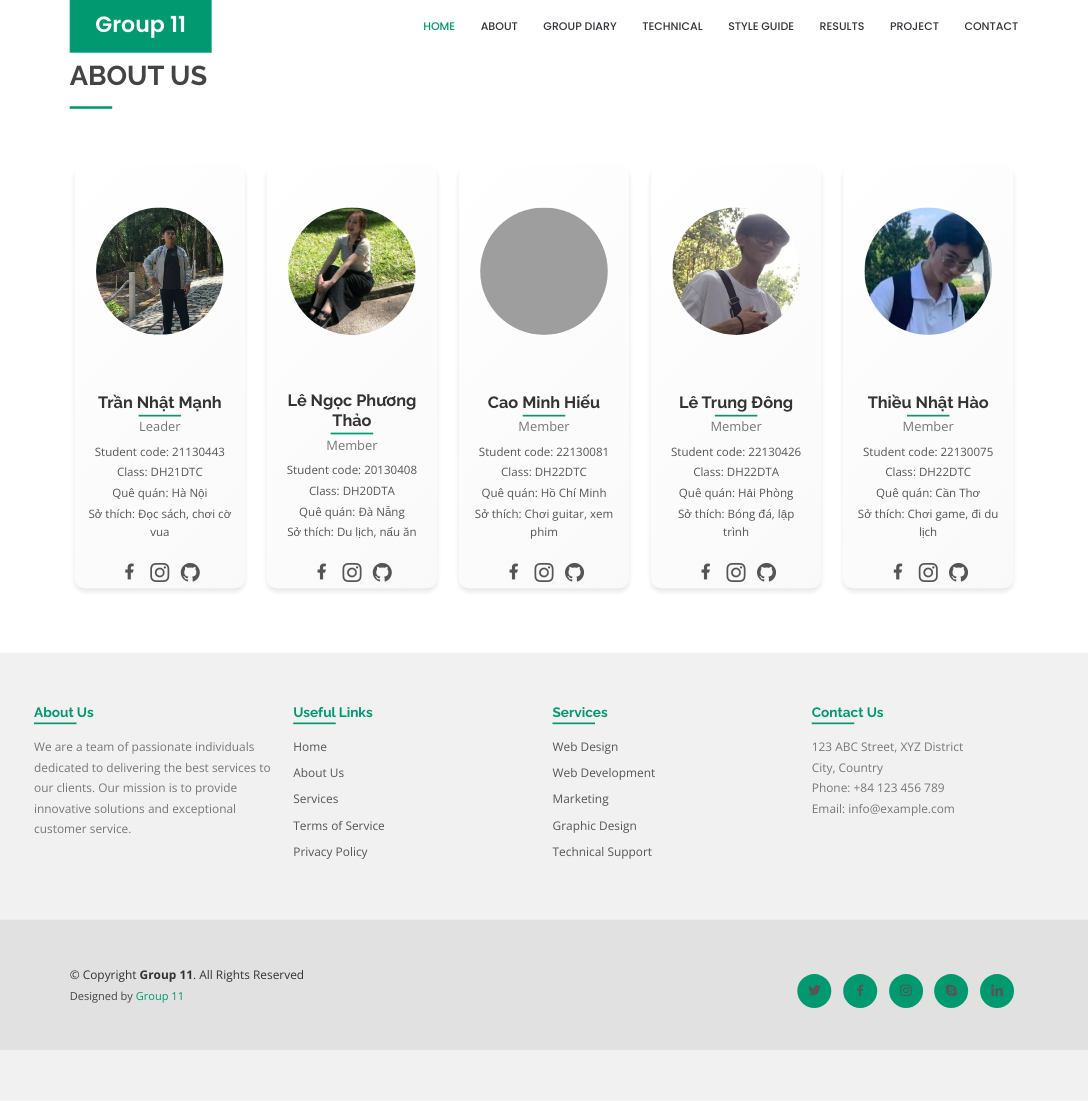
Repository: HoangKhangKhuPho4/Group_Web
Page: about.html
The author's editor kept a copy of each file at every save. The page is drawn from the files as they stood at one save, then again after the next save.
The browser window is 1280 px wide. The pictures show the whole page, at 85% of full size.
Pictures or frames that could not be fetched are drawn as grey boxes.

Above is the page before, as saved 2024-10-19 22:42:17.

### about.html
<!DOCTYPE html>
<html lang="en">

<head>
    <!-- Phần head -->
    <meta charset="utf-8">
    <meta content="width=device-width, initial-scale=1.0" name="viewport">

    <title>Group 11</title>
    <meta content="" name="description">
    <meta content="" name="keywords">

    <!-- Favicons -->
    <link href="assets/img/favicon.png" rel="icon">
    <link href="assets/img/apple-touch-icon.png" rel="apple-touch-icon">

    <!-- Google Fonts -->
    <link
        href="https://fonts.googleapis.com/css?family=Open+Sans:300,300i,400,400i,600,600i,700,700i|Raleway:300,300i,400,400i,500,500i,600,600i,700,700i|Poppins:300,300i,400,400i,500,500i,600,600i"
        rel="stylesheet">

    <!-- Vendor CSS Files -->
    <link href="assets/vendor/aos/aos.css" rel="stylesheet">
    <link href="assets/vendor/bootstrap/css/bootstrap.min.css" rel="stylesheet">
    <link href="assets/vendor/bootstrap-icons/bootstrap-icons.css" rel="stylesheet">
    <link href="assets/vendor/boxicons/css/boxicons.min.css" rel="stylesheet">
    <link href="assets/vendor/glightbox/css/glightbox.min.css" rel="stylesheet">
    <link href="assets/vendor/remixicon/remixicon.css" rel="stylesheet">
    <link href="assets/vendor/swiper/swiper-bundle.min.css" rel="stylesheet">

    <!-- Template Main CSS File -->
    <link href="assets/css/style.css" rel="stylesheet">

    <!-- Custom CSS for arranging member cards and footer -->
    <style>
        /* Member Cards Container */
        .member-cards-container {
            display: flex;
            flex-wrap: nowrap;
            justify-content: space-between;
            align-items: stretch;
            overflow-x: auto;
            padding: 1em 0;
        }

        /* Hide scrollbar for WebKit browsers */
        .member-cards-container::-webkit-scrollbar {
            display: none;
        }

        /* Hide scrollbar for IE, Edge and Firefox */
        .member-cards-container {
            -ms-overflow-style: none;
            scrollbar-width: none;
        }

        /* Member Card Styling */
        .member-card {
            flex: 0 0 auto;
            width: 18%;
            margin: 0 0.5%;
            background: linear-gradient(135deg, #ffffff, #f9f9f9);
            border-radius: 12px;
            overflow: hidden;
            box-shadow: 0 4px 6px rgba(0,0,0,0.1);
            transition: transform 0.3s, box-shadow 0.3s;
            position: relative;
            display: flex;
            flex-direction: column;
            align-items: center;
        }

        .member-card:hover {
            transform: translateY(-10px) scale(1.02);
            box-shadow: 0 15px 25px rgba(0,0,0,0.2);
            background-color: #f9f9f9;
        }

        .member-card .pic {
            width: 100%;
            height: 250px;
            overflow: hidden;
            display: flex;
            align-items: center;
            justify-content: center;
        }

        .member-card .pic img {
            width: 150px;
            height: 150px;
            border-radius: 50%;
            object-fit: cover;
            transition: transform 0.5s;
        }

        .member-card:hover .pic img {
            transform: scale(1.1);
        }

        .member-card .member-info {
            padding: 1em;
            text-align: center;
            flex-grow: 1;
            display: flex;
            flex-direction: column;
            justify-content: center;
            align-items: center;
            position: relative;
        }

        .member-card .member-info h4 {
            font-size: 1.2em;
            margin-bottom: 0.3em;
            color: #333;
            font-weight: 700;
            position: relative;
        }

        .member-card .member-info h4::after {
            content: '';
            position: absolute;
            width: 50px;
            height: 2px;
            background-color: #009970;
            left: 50%;
            transform: translateX(-50%);
            bottom: -5px; /* Điều chỉnh vị trí dấu gạch */
        }

        .member-card .member-info span {
            display: block;
            font-size: 0.95em;
            color: #777;
            margin-bottom: 0.5em;
            font-weight: 500;
        }

        .member-card .member-info p {
            font-size: 0.85em;
            color: #555;
            margin-bottom: 0.3em;
        }

        .member-card .social {
            margin-top: auto;
            display: flex;
            justify-content: center;
            align-items: center;
        }

        .member-card .social a {
            color: #555;
            margin: 0 0.3em;
            font-size: 1.4em;
            transition: color 0.3s, transform 0.3s;
        }

        .member-card .social a:hover {
            color: #009970;
            transform: translateY(-5px);
        }

        /* Responsive Adjustments */
        @media (max-width: 1200px) {
            .member-card {
                width: 22%;
            }
        }

        @media (max-width: 992px) {
            .member-card {
                width: 28%;
            }
        }

        @media (max-width: 768px) {
            .member-card {
                width: 40%;
            }
        }

        @media (max-width: 576px) {
            .member-card {
                width: 80%;
            }
        }

        /* Smooth Scrolling */
        html {
            scroll-behavior: smooth;
        }

        /* Main content adjustment */
        #main {
            padding-top: 70px; /* Adjust to the navbar's height */
        }

        /* Ensure About Us section doesn't have conflicting margins */
        #about {
            margin-top: 0;
            padding-top: 0;
        }

        /* Footer styles */
        #footer {
            background: #f1f1f1;
            color: #333;
            font-size: 14px;
            padding: 60px 0;
        }

        #footer .footer-container {
            display: grid;
            grid-template-columns: repeat(auto-fit, minmax(200px, 1fr));
            gap: 20px;
            max-width: 1200px;
            margin: 0 auto;
        }

        #footer .footer-column h4 {
            font-size: 16px;
            font-weight: bold;
            color: #009970;
            margin-bottom: 20px;
            position: relative;
        }

        #footer .footer-column h4::after {
            content: '';
            position: absolute;
            width: 50px;
            height: 2px;
            background-color: #009970;
            left: 0;
            bottom: -5px;
        }

        #footer .footer-column ul {
            list-style: none;
            padding: 0;
        }

        #footer .footer-column ul li {
            margin-bottom: 10px;
        }

        #footer .footer-column ul li a {
            color: #555;
            text-decoration: none;
            transition: color 0.3s;
        }

        #footer .footer-column ul li a:hover {
            color: #009970;
        }

        #footer .footer-bottom {
            background: #e1e1e1;
            padding: 20px 0;
            margin-top: 40px;
        }

        #footer .footer-bottom .container {
            display: flex;
            flex-wrap: wrap;
            justify-content: space-between;
            align-items: center;
        }

        #footer .social-links a {
            color: #555;
            margin: 0 5px;
            font-size: 18px;
            transition: color 0.3s;
        }

        #footer .social-links a:hover {
            color: #009970;
        }
    </style>

    <!-- Các phần còn lại trong thẻ head giữ nguyên -->
</head>

<body>

    <!-- ======= Header ======= -->
    <header id="header" class="fixed-top d-flex align-items-center">
        <div class="container">
            <div class="header-container d-flex align-items-center justify-content-between">
                <div class="logo">
                    <h1 class="text-light"><a href="index.html"><span>Group 11</span></a></h1>
                </div>

                <nav id="navbar" class="navbar">
                    <ul>
                        <li><a class="nav-link scrollto active" href="index.html">Home</a></li>
                        <li><a class="nav-link scrollto" href="about.html">About</a></li>
                        <li><a class="nav-link scrollto" href="groupDiary.html">Group Diary</a></li>
                        <li><a class="nav-link scrollto" href="technical.html">Technical</a></li>
                        <li><a class="nav-link scrollto" href="styleguide.html">Style Guide</a></li>
                        <li><a class="nav-link scrollto" href="results.html">Results</a></li>
                        <li><a class="nav-link scrollto" href="project.html">Project</a></li>
                        <li><a class="nav-link scrollto" href="contact.html">Contact</a></li>
                    </ul>
                    <i class="bi bi-list mobile-nav-toggle"></i>
                </nav>
                <!-- .navbar -->

            </div>
            <!-- End Header Container -->
        </div>
    </header>
    <!-- End Header -->

    <main id="main">
        <!-- ======= About Section ======= -->
        <section id="about" class="about">
            <div class="container" data-aos="fade-up">
                <div class="section-title">
                    <h2>About Us</h2>
                </div>

                <!-- Member Cards Container -->
                <div class="member-cards-container" data-aos="fade-up" data-aos-delay="100">
                    <!-- Member 1 -->
                    <div class="member-card" data-aos="zoom-in" data-aos-delay="150">
                        <div class="pic">
                            <img src="assets/img/team/team-1.jpg" alt="Trần Nhật Mạnh">
                        </div>
                        <div class="member-info">
                            <h4>Trần Nhật Mạnh</h4>
                            <span>Leader</span>
                            <p>Student code: 21130443</p>
                            <p>Class: DH21DTC</p>
                            <p>Quê quán: Hà Nội</p>
                            <p>Sở thích: Đọc sách, chơi cờ vua</p>
                        </div>
                        <div class="social">
                            <a href="https://www.facebook.com/johnson.billy.528" title="Facebook"><i class="ri-facebook-fill"></i></a>
                            <a href="#" title="Instagram"><i class="bi bi-instagram"></i></a>
                            <a href="https://github.com/username1" title="GitHub"><i class="bi bi-github"></i></a>
                        </div>
                    </div>
                    <!-- Member 2 -->
                    <div class="member-card" data-aos="zoom-in" data-aos-delay="200">
                        <div class="pic">
                            <img src="assets/img/team/team-2.jpg" alt="Lê Ngọc Phương Thảo">
                        </div>
                        <div class="member-info">
                            <h4>Lê Ngọc Phương Thảo</h4>
                            <span>Member</span>
                            <p>Student code: 20130408</p>
                            <p>Class: DH20DTA</p>
                            <p>Quê quán: Đà Nẵng</p>
                            <p>Sở thích: Du lịch, nấu ăn</p>
                        </div>
                        <div class="social">
                            <a href="https://www.facebook.com/thaoo.phuonqq.948" title="Facebook"><i class="ri-facebook-fill"></i></a>
                            <a href="#" title="Instagram"><i class="bi bi-instagram"></i></a>
                            <a href="https://github.com/username2" title="GitHub"><i class="bi bi-github"></i></a>
                        </div>
                    </div>
                    <!-- Member 3 -->
                    <div class="member-card" data-aos="zoom-in" data-aos-delay="250">
                        <div class="pic">
                            <img src="assets/img/team/team-3.jpg" alt="Cao Minh Hiếu">
                        </div>
                        <div class="member-info">
                            <h4>Cao Minh Hiếu</h4>
                            <span>Member</span>
                            <p>Student code: 22130081</p>
                            <p>Class: DH22DTC</p>
                            <p>Quê quán: Hồ Chí Minh</p>
                            <p>Sở thích: Chơi guitar, xem phim</p>
                        </div>
                        <div class="social">
                            <a href="https://www.facebook.com/hieu.caominh.144" title="Facebook"><i class="ri-facebook-fill"></i></a>
                            <a href="#" title="Instagram"><i class="bi bi-instagram"></i></a>
                            <a href="https://github.com/username3" title="GitHub"><i class="bi bi-github"></i></a>
                        </div>
                    </div>
                    <!-- Member 4 -->
                    <div class="member-card" data-aos="zoom-in" data-aos-delay="300">
                        <div class="pic">
                            <img src="assets/img/team/team-4.jpg" alt="Lê Trung Đông">
                        </div>
                        <div class="member-info">
                            <h4>Lê Trung Đông</h4>
                            <span>Member</span>
                            <p>Student code: 22130426</p>
                            <p>Class: DH22DTA</p>
                            <p>Quê quán: Hải Phòng</p>
                            <p>Sở thích: Bóng đá, lập trình</p>
                        </div>
                        <div class="social">
                            <a href="https://www.facebook.com/Tui.ten.dong" title="Facebook"><i class="ri-facebook-fill"></i></a>
                            <a href="#" title="Instagram"><i class="bi bi-instagram"></i></a>
                            <a href="https://github.com/username4" title="GitHub"><i class="bi bi-github"></i></a>
                        </div>
                    </div>
                    <!-- Member 5 -->
                    <div class="member-card" data-aos="zoom-in" data-aos-delay="350">
                        <div class="pic">
                            <img src="assets/img/team/team-5.jpg" alt="Thiều Nhật Hào">
                        </div>
                        <div class="member-info">
                            <h4>Thiều Nhật Hào</h4>
                            <span>Member</span>
                            <p>Student code: 22130075</p>
                            <p>Class: DH22DTC</p>
                            <p>Quê quán: Cần Thơ</p>
                            <p>Sở thích: Chơi game, đi du lịch</p>
                        </div>
                        <div class="social">
                            <a href="https://www.facebook.com/profile.php?id=100022691887846" title="Facebook"><i class="ri-facebook-fill"></i></a>
                            <a href="#" title="Instagram"><i class="bi bi-instagram"></i></a>
                            <a href="https://github.com/username5" title="GitHub"><i class="bi bi-github"></i></a>
                        </div>
                    </div>
                    <!-- Add more member cards as needed -->
                </div>
                <!-- End Member Cards Container -->

            </div>
        </section>
        <!-- End About Section -->

    </main>

    <!-- ======= Footer ======= -->
    <footer id="footer">
        <div class="footer-container">
            <div class="footer-column">
                <h4>About Us</h4>
                <p>We are a team of passionate individuals dedicated to delivering the best services to our clients. Our mission is to provide innovative solutions and exceptional customer service.</p>
            </div>
            <div class="footer-column">
                <h4>Useful Links</h4>
                <ul>
                    <li><a href="#">Home</a></li>
                    <li><a href="#">About Us</a></li>
                    <li><a href="#">Services</a></li>
                    <li><a href="#">Terms of Service</a></li>
                    <li><a href="#">Privacy Policy</a></li>
                </ul>
            </div>
            <div class="footer-column">
                <h4>Services</h4>
                <ul>
                    <li><a href="#">Web Design</a></li>
                    <li><a href="#">Web Development</a></li>
                    <li><a href="#">Marketing</a></li>
                    <li><a href="#">Graphic Design</a></li>
                    <li><a href="#">Technical Support</a></li>
                </ul>
            </div>
            <div class="footer-column">
                <h4>Contact Us</h4>
                <p>
                    123 ABC Street, XYZ District<br>
                    City, Country<br>
                    Phone: +84 123 456 789<br>
                    Email: info@example.com
                </p>
            </div>
        </div>
        <div class="footer-bottom">
            <div class="container d-md-flex py-4">
                <div class="me-md-auto text-center text-md-start">
                    <div class="copyright">
                        &copy; Copyright <strong><span>Group 11</span></strong>. All Rights Reserved
                    </div>
                    <div class="credits">
                        Designed by <a href="#">Group 11</a>
                    </div>
                </div>
                <div class="social-links text-center text-md-right pt-3 pt-md-0">
                    <a href="#" class="twitter"><i class="bx bxl-twitter"></i></a>
                    <a href="#" class="facebook"><i class="bx bxl-facebook"></i></a>
                    <a href="#" class="instagram"><i class="bx bxl-instagram"></i></a>
                    <a href="#" class="google-plus"><i class="bx bxl-skype"></i></a>
                    <a href="#" class="linkedin"><i class="bx bxl-linkedin"></i></a>
                </div>
            </div>
        </div>
    </footer>
    <!-- End Footer -->

    <!-- Scripts -->
    <a href="#" class="back-to-top d-flex align-items-center justify-content-center"><i
            class="bi bi-arrow-up-short"></i></a>

    <!-- Vendor JS Files -->
    <script src="assets/vendor/aos/aos.js"></script>
    <script src="assets/vendor/bootstrap/js/bootstrap.bundle.min.js"></script>
    <script src="assets/vendor/glightbox/js/glightbox.min.js"></script>
    <script src="assets/vendor/isotope-layout/isotope.pkgd.min.js"></script>
    <script src="assets/vendor/php-email-form/validate.js"></script>
    <script src="assets/vendor/purecounter/purecounter.js"></script>
    <script src="assets/vendor/swiper/swiper-bundle.min.js"></script>

    <!-- Template Main JS File -->
    <script src="assets/js/main.js"></script>

</body>

</html>

Loaded but not shown: assets/vendor/aos/aos.css (library); assets/vendor/bootstrap/css/bootstrap.min.css (library); assets/vendor/bootstrap-icons/bootstrap-icons.css (library); assets/vendor/boxicons/css/boxicons.min.css (library); assets/vendor/glightbox/css/glightbox.min.css (library); assets/vendor/remixicon/remixicon.css (library); assets/vendor/swiper/swiper-bundle.min.css (library); assets/vendor/aos/aos.js (library); assets/vendor/bootstrap/js/bootstrap.bundle.min.js (library); assets/vendor/glightbox/js/glightbox.min.js (library); assets/vendor/isotope-layout/isotope.pkgd.min.js (library); assets/vendor/php-email-form/validate.js (common file); assets/vendor/purecounter/purecounter.js (library); assets/vendor/swiper/swiper-bundle.min.js (library); assets/js/main.js (252 lines, source omitted); assets/css/style.css (1467 lines, source omitted)

After the next save:
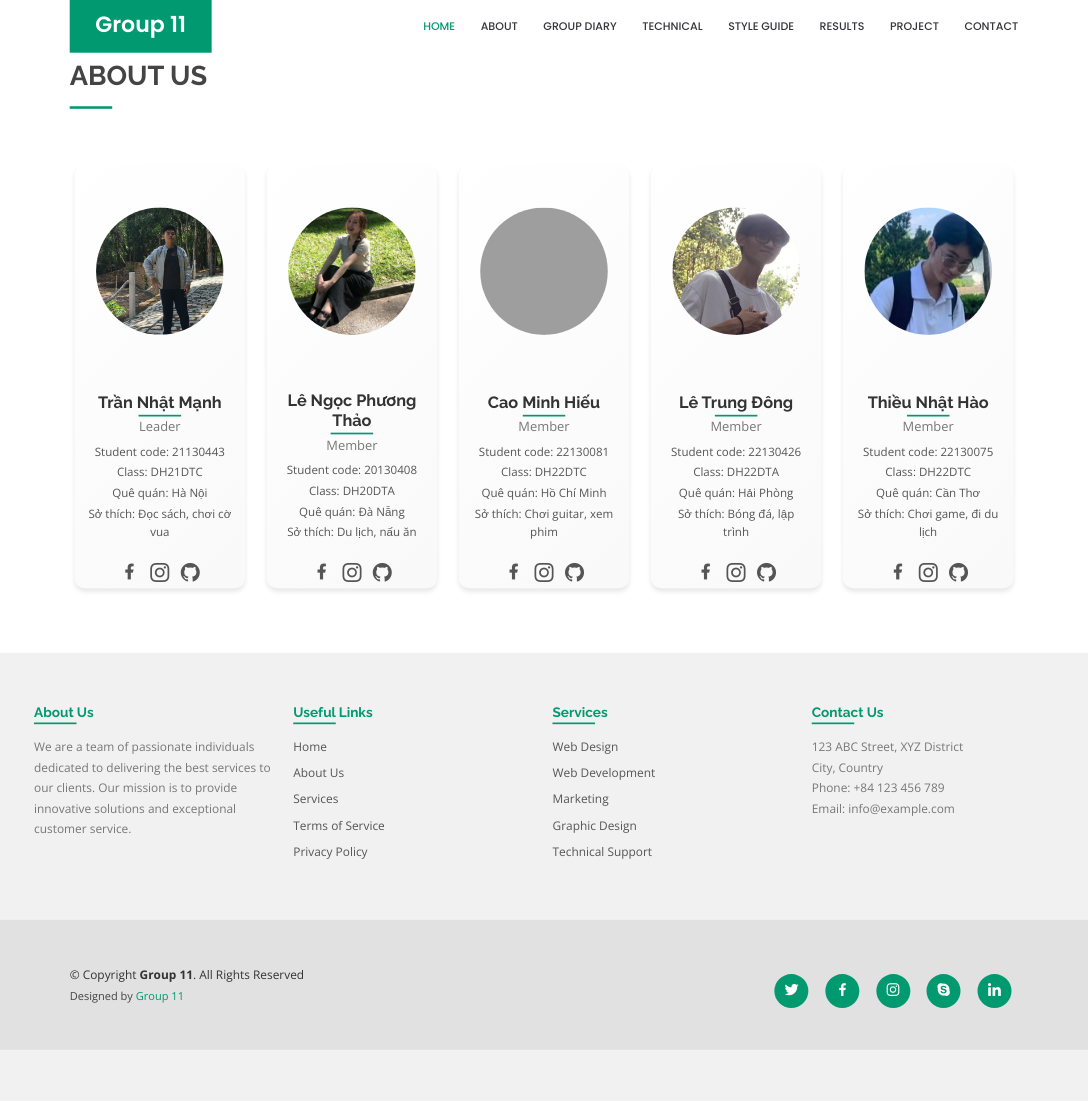
Saved 66 s later.
--- a/about.html
+++ b/about.html
@@ -201,82 +201,7 @@
             padding-top: 0;
         }
 
-        /* Footer styles */
-        #footer {
-            background: #f1f1f1;
-            color: #333;
-            font-size: 14px;
-            padding: 60px 0;
-        }
-
-        #footer .footer-container {
-            display: grid;
-            grid-template-columns: repeat(auto-fit, minmax(200px, 1fr));
-            gap: 20px;
-            max-width: 1200px;
-            margin: 0 auto;
-        }
-
-        #footer .footer-column h4 {
-            font-size: 16px;
-            font-weight: bold;
-            color: #009970;
-            margin-bottom: 20px;
-            position: relative;
-        }
-
-        #footer .footer-column h4::after {
-            content: '';
-            position: absolute;
-            width: 50px;
-            height: 2px;
-            background-color: #009970;
-            left: 0;
-            bottom: -5px;
-        }
-
-        #footer .footer-column ul {
-            list-style: none;
-            padding: 0;
-        }
-
-        #footer .footer-column ul li {
-            margin-bottom: 10px;
-        }
-
-        #footer .footer-column ul li a {
-            color: #555;
-            text-decoration: none;
-            transition: color 0.3s;
-        }
-
-        #footer .footer-column ul li a:hover {
-            color: #009970;
-        }
-
-        #footer .footer-bottom {
-            background: #e1e1e1;
-            padding: 20px 0;
-            margin-top: 40px;
-        }
-
-        #footer .footer-bottom .container {
-            display: flex;
-            flex-wrap: wrap;
-            justify-content: space-between;
-            align-items: center;
-        }
-
-        #footer .social-links a {
-            color: #555;
-            margin: 0 5px;
-            font-size: 18px;
-            transition: color 0.3s;
-        }
-
-        #footer .social-links a:hover {
-            color: #009970;
-        }
+
     </style>
 
     <!-- Các phần còn lại trong thẻ head giữ nguyên -->
